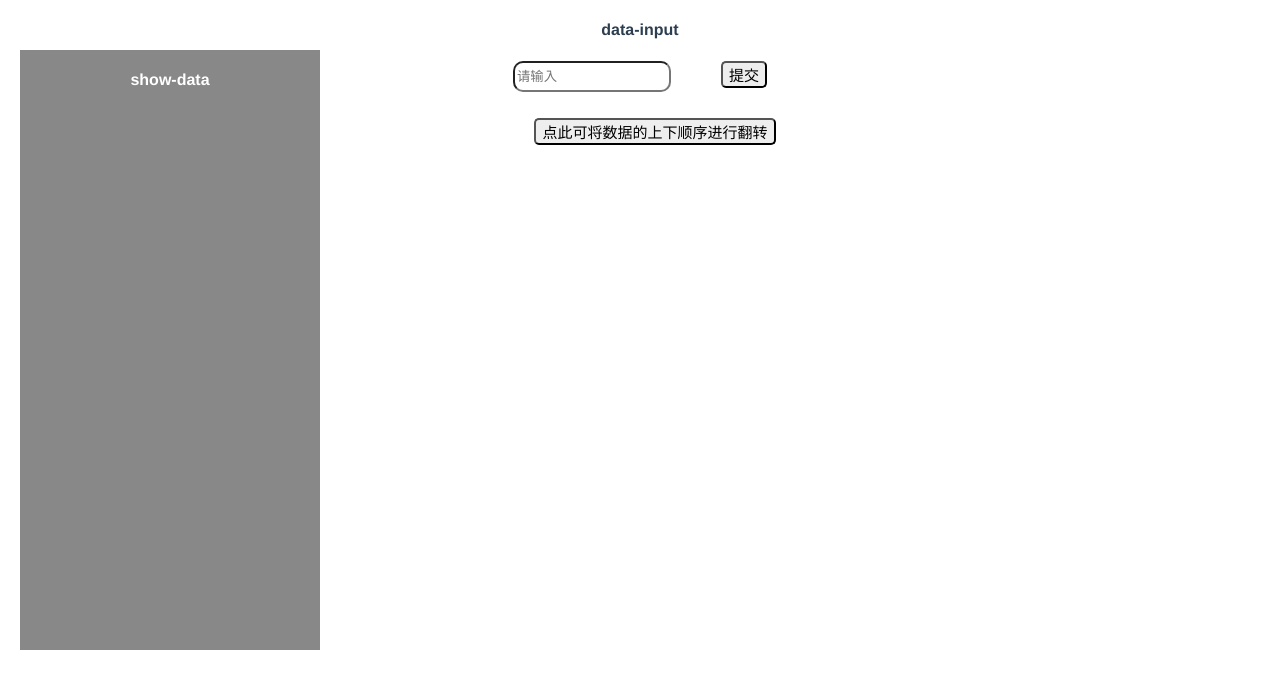
Repository: z-xy-git/demofirst
Page: /
An editor plug-in stored every save of this project. The page is shown before and after the next save, followed by the edit.
The browser window is 1280 px wide. The pictures show the whole page.
The project was rebuilt for these pictures with package versions that can differ from the ones it lists, and the page was loaded fresh each time.

Above is the page before, as saved 2021-02-25 15:54:41.

### src/App.vue
<template>
  <div id="app">
    <router-view/>
    <router-view name="a"/>
  </div>
</template>

<style>
#app {
  font-family: Avenir, Helvetica, Arial, sans-serif;
  -webkit-font-smoothing: antialiased;
  -moz-osx-font-smoothing: grayscale;
  text-align: center;
  color: #2c3e50;
}

#nav {
  padding: 30px;
}

#nav a {
  font-weight: bold;
  color: #2c3e50;
}

#nav a.router-link-exact-active {
  color: #42b983;
}
</style>

### src/router/index.js
import Vue from 'vue'
import VueRouter from 'vue-router'
import Home from '../views/Home.vue'
import ShowData from '../views/ShowData.vue'

Vue.use(VueRouter)

const routes = [
  {
    path: '/',
    name: 'Home',
    components: {
      default: Home,
      a: ShowData
    }
  },
  // {
    // path: '/showData',
    // name: 'ShowData',
    // route level code-splitting
    // this generates a separate chunk (about.[hash].js) for this route
    // which is lazy-loaded when the route is visited.
    // component: () => import(/* webpackChunkName: "about" */ '../views/ShowData.vue')
  // }
]

const router = new VueRouter({
  mode: 'history',
  base: process.env.BASE_URL,
  routes
})

export default router

### src/store/index.js
import Vue from 'vue'
import Vuex from 'vuex'

Vue.use(Vuex)

export default new Vuex.Store({
  state: {
    dataItem: '',
    dataArr: []
  },
  mutations: {
  },
  actions: {
  },
  modules: {
  }
})

### src/views/Home.vue
<template>
  <div class="home">
    <h4>data-input</h4>
    <input type="text" v-model="inputData" placeholder="请输入" class="input-style">
    <button @click="btnclick" class="btn-style">提交</button>
    <div>
      <button @click="reverseItemData" class="btn-style">点此可将数据的上下顺序进行翻转</button>
    </div>
    <!-- <div class="show-data">
      <p class="p" v-for="(item,index) in inputDataArr" :key="index">{{item}}</p>
    </div> -->
    <!-- <router-view/> -->
  </div>
</template>

<script>
// @ is an alias to /src

export default {
  name: 'Home',
  components: {
  },
  data(){
    return{
      inputData: '',
      inputDataArr: []
    }
  },
  methods:{
    btnclick() {
      this.$store.state.dataArr.push(this.inputData);
    },
    reverseItemData(){
      this.$store.state.dataArr.reverse();
    }
  }
}
</script>
<style>
  .input-style{
    margin-right: 20px;
    outline: none;
    border-radius: 10px;
    width: 150px;
    height: 25px;
  }
  .btn-style{
    margin: 0 0 30px 30px;
    outline: none;
    border-radius: 5px;
    background-color: #eee;
    font-size: 15px;
  }
</style>

### src/views/ShowData.vue
<template>
  <div class="show-data">
    <h4>show-data</h4>
    <p class="p" v-for="(item,index) in this.dataArr" :key="index">{{item}}</p>
  </div>
</template>

<script>
import {mapState} from 'vuex'

export default {
  name:'ShowData',
  computed:{
    ...mapState(['dataArr'])
  }
}
</script>

<style>
.show-data{
    position: absolute;
    left: 20px;
    top: 50px;
    width: 300px;
    height: 600px;
    background-color: #888;
    color: #fff;
  }
</style>

Loaded but not shown: public/index.html (common file); src/main.js (common file)

After the next save:
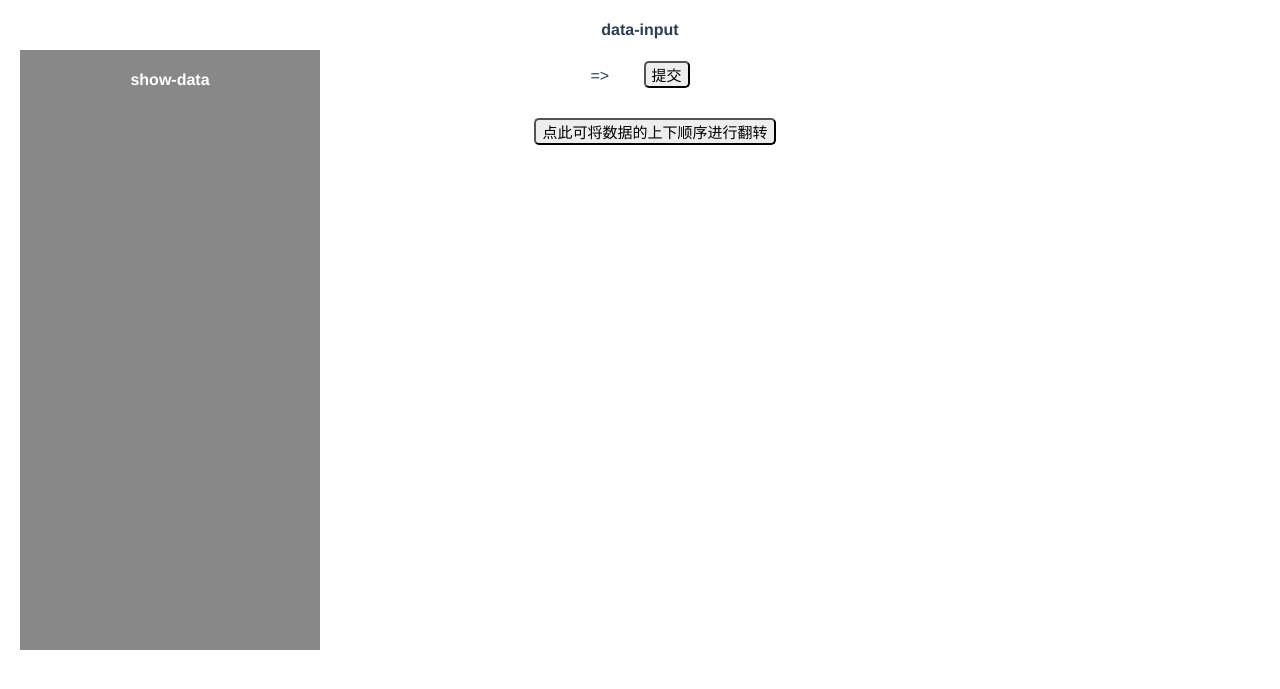
Saved 3 min 46 s later.
--- a/src/views/Home.vue
+++ b/src/views/Home.vue
@@ -1,7 +1,10 @@
 <template>
   <div class="home">
     <h4>data-input</h4>
-    <input type="text" v-model="inputData" placeholder="请输入" class="input-style">
+    <input type="text" v-model="inputData"
+      placeholder="请输入"
+      class="input-style"
+      onmouseover=>
     <button @click="btnclick" class="btn-style">提交</button>
     <div>
       <button @click="reverseItemData" class="btn-style">点此可将数据的上下顺序进行翻转</button>

After the save that followed:
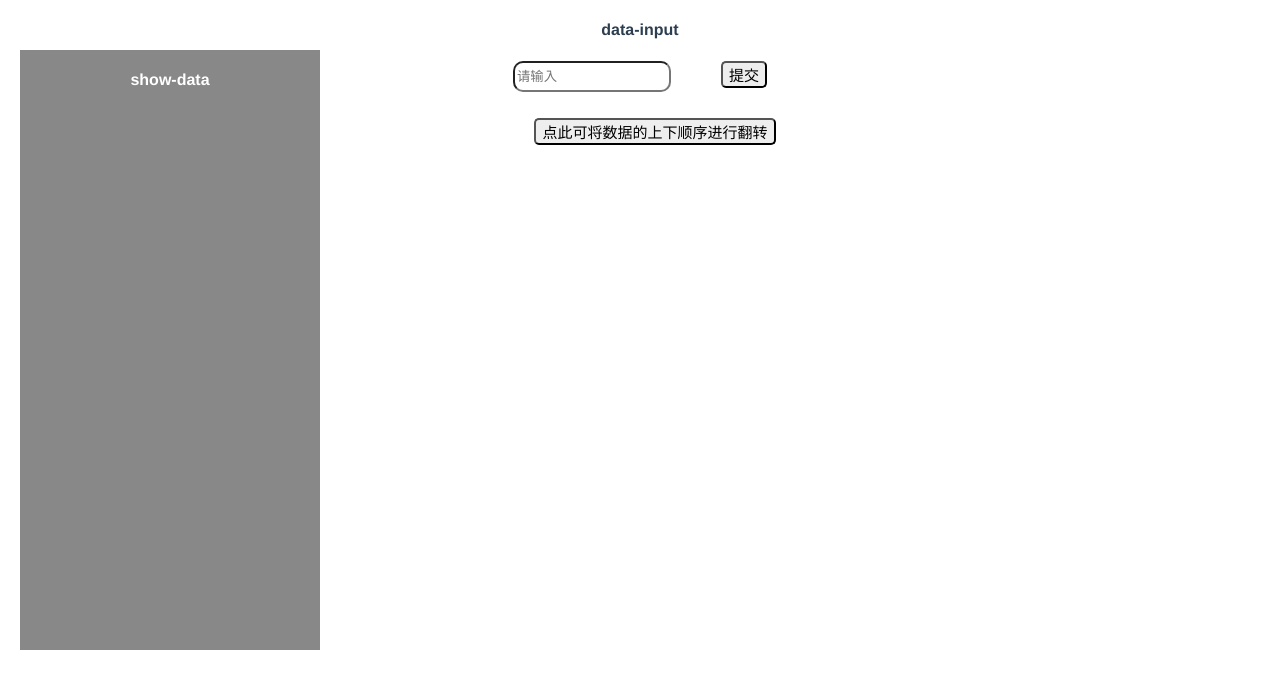
Saved 14 s later.
--- a/src/views/Home.vue
+++ b/src/views/Home.vue
@@ -4,7 +4,7 @@
     <input type="text" v-model="inputData"
       placeholder="请输入"
       class="input-style"
-      onmouseover=>
+      onmouseover="this.select()">
     <button @click="btnclick" class="btn-style">提交</button>
     <div>
       <button @click="reverseItemData" class="btn-style">点此可将数据的上下顺序进行翻转</button>
